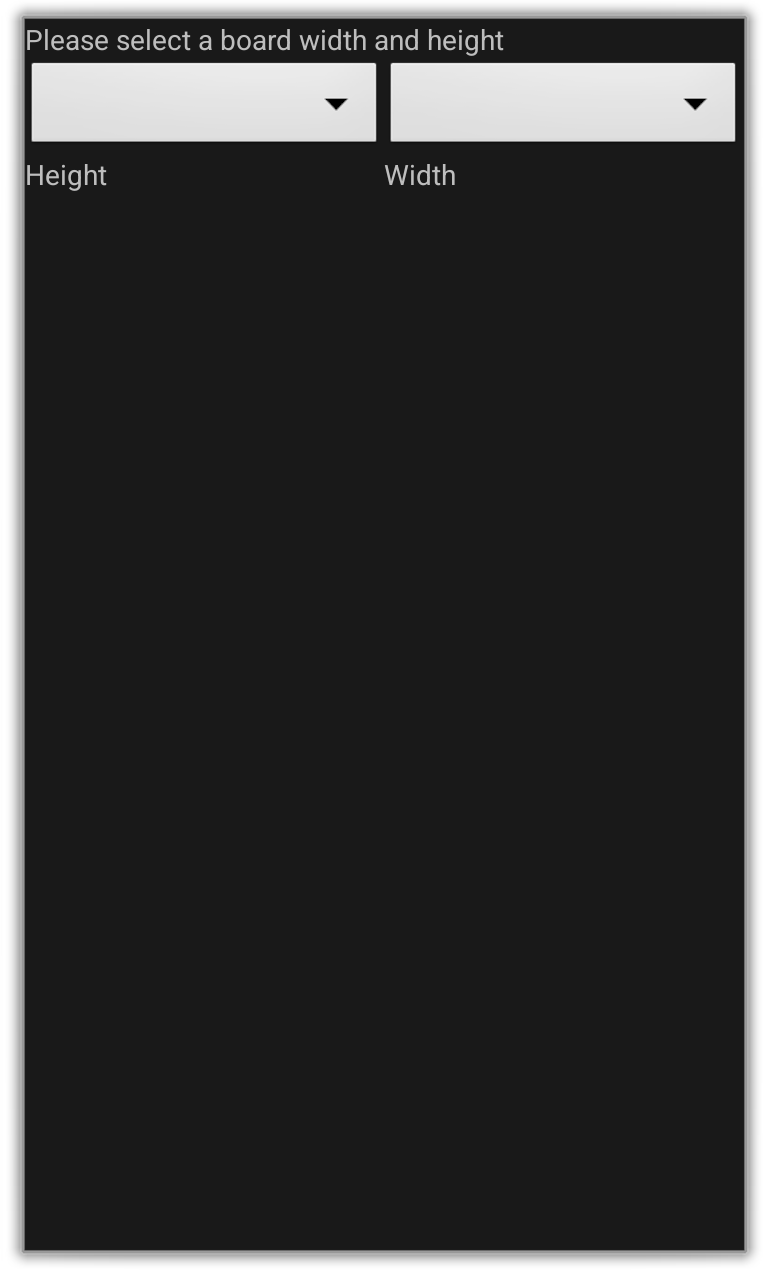
Repository: rickydalziel/project
Layout: Numbersorter/res/layout/new_game_dialog.xml
The author's editor kept a copy of each file at every save. The layout is drawn from the files as they stood at one save, then again after the next save.
It is drawn on a 768 x 1280 px phone screen (xhdpi) without system bars, with theme android:Theme.Dialog; the app's code is not run.

Above is the layout before, as saved 2013-02-14 11:25:05.

### Numbersorter/res/layout/new_game_dialog.xml
<?xml version="1.0" encoding="utf-8"?>

<LinearLayout
     xmlns:android="http://schemas.android.com/apk/res/android"
	 android:orientation="vertical"
	 android:layout_width="fill_parent"
	 android:layout_height="fill_parent">

	 <TextView
	    android:id="@+id/newgametext"
	    android:layout_width="fill_parent"
	  	android:layout_height="wrap_content"
	  	android:text="@string/newgametext" />


	  <TableLayout
	        android:layout_height="wrap_content"
	        android:layout_width="wrap_content"
	        android:layout_gravity="center"
	        android:stretchColumns="*">

	        <TableRow>

				<Spinner
				    android:id="@+id/heightspinner"
				    android:layout_width="fill_parent"
				  	android:layout_height="wrap_content"
				  	android:drawSelectorOnTop="true" />

				<Spinner
				    android:id="@+id/heightspinner"
				    android:layout_width="fill_parent"
				  	android:layout_height="wrap_content"
				  	android:drawSelectorOnTop="true" />


	        </TableRow>

		    <TableRow>

		        <TextView
				    android:id="@+id/heighttext"
				    android:layout_width="fill_parent"
				  	android:layout_height="wrap_content"
				  	android:text="@string/height" />

		        <TextView
				    android:id="@+id/widthtext"
				    android:layout_width="fill_parent"
				  	android:layout_height="wrap_content"
				  	android:text="@string/width" />



		    </TableRow>
		</TableLayout>

</LinearLayout>

### Numbersorter/res/values/strings.xml
<?xml version="1.0" encoding="utf-8"?>
<resources>

    <!-- Main menu strings -->

    <string name="app_name">Numbersorter</string>
    <string name="main_menu">Main Menu</string>
    <string name="menu_settings">Settings</string>
    <string name="title_activity_main">Number Sorter</string>
    <string name="new_game">New Game</string>
    <string name="continue_game">Continue</string>
    <string name="about">About</string>
    <string name="exit_game">Exit</string>

    <!-- About scree strings -->

    <string name="about_app">About Numbersorter</string>
    <string name="about_text">	    Numbersorter is a program written and desgned by Ricky Dalziel, for his 4th year honours project.
	    The aim of the game is to swipe a mxn grid of numbers into position so that they read from 1 - (m*n).
	</string>
    <string name="hello_world">Hello world!</string>
    <string name="title_activity_about">AboutActivity</string>

    <!-- New game dialog strings -->

    <string name="title_activity_new_game_dialog">NewGameDialog</string>
    <string name="set_board_size">Please select a board size</string>
    <string name="dialog_test">Testing</string>
    <string name="cancel">Cancel</string>

    <!-- Array options for the dialog box -->

    <string-array name="size_array">
        <item>3</item>
        <item>4</item>
        <item>5</item>
        <item>6</item>
    </string-array>

    <string name = "newgametext">Please select a board width and height</string>
    <string name = "height">Height</string>
    <string name = "width">Width</string>

</resources>

After the next save:
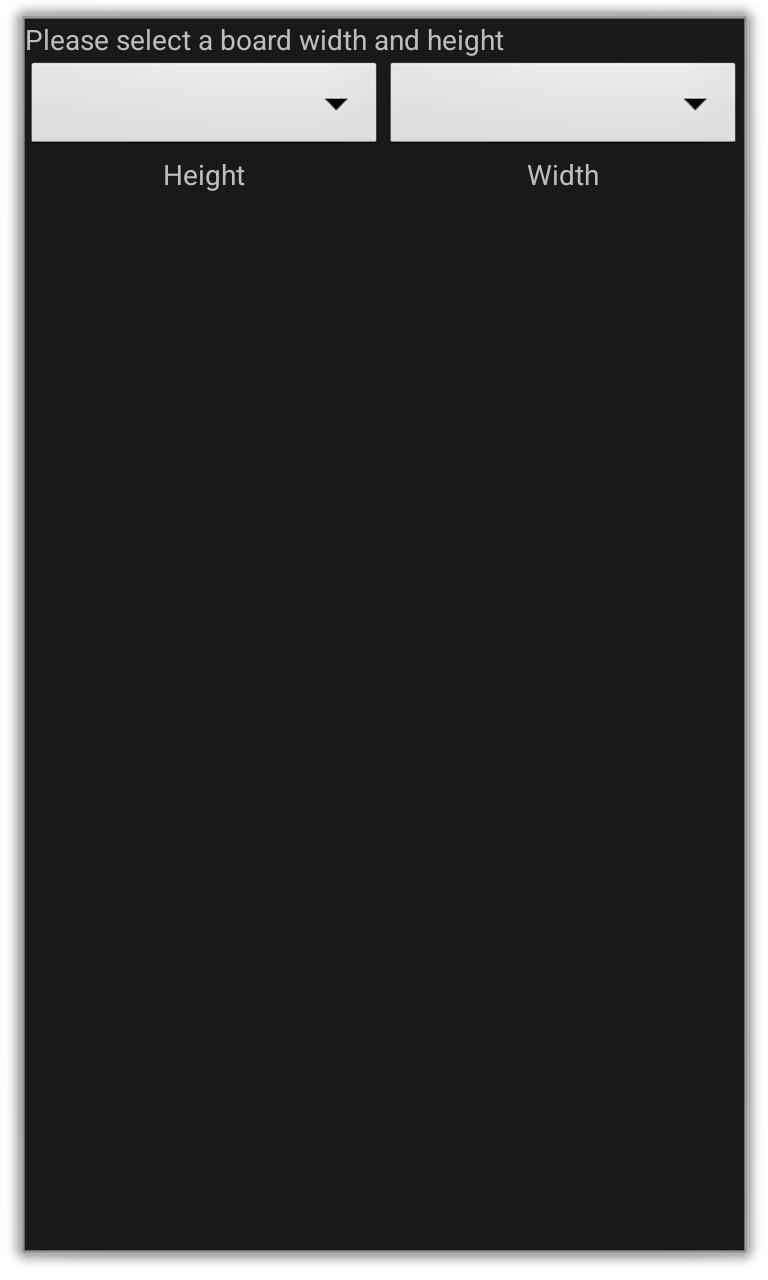
Saved 2 min 40 s later.
--- a/Numbersorter/res/layout/new_game_dialog.xml
+++ b/Numbersorter/res/layout/new_game_dialog.xml
@@ -42,13 +42,15 @@
 				    android:id="@+id/heighttext"
 				    android:layout_width="fill_parent"
 				  	android:layout_height="wrap_content"
-				  	android:text="@string/height" />
+				  	android:text="@string/height"
+				  	android:layout_gravity="center" />
 
 		        <TextView
 				    android:id="@+id/widthtext"
 				    android:layout_width="fill_parent"
 				  	android:layout_height="wrap_content"
-				  	android:text="@string/width" />
+				  	android:text="@string/width"
+				  	android:layout_gravity="center" />
 
 
 
